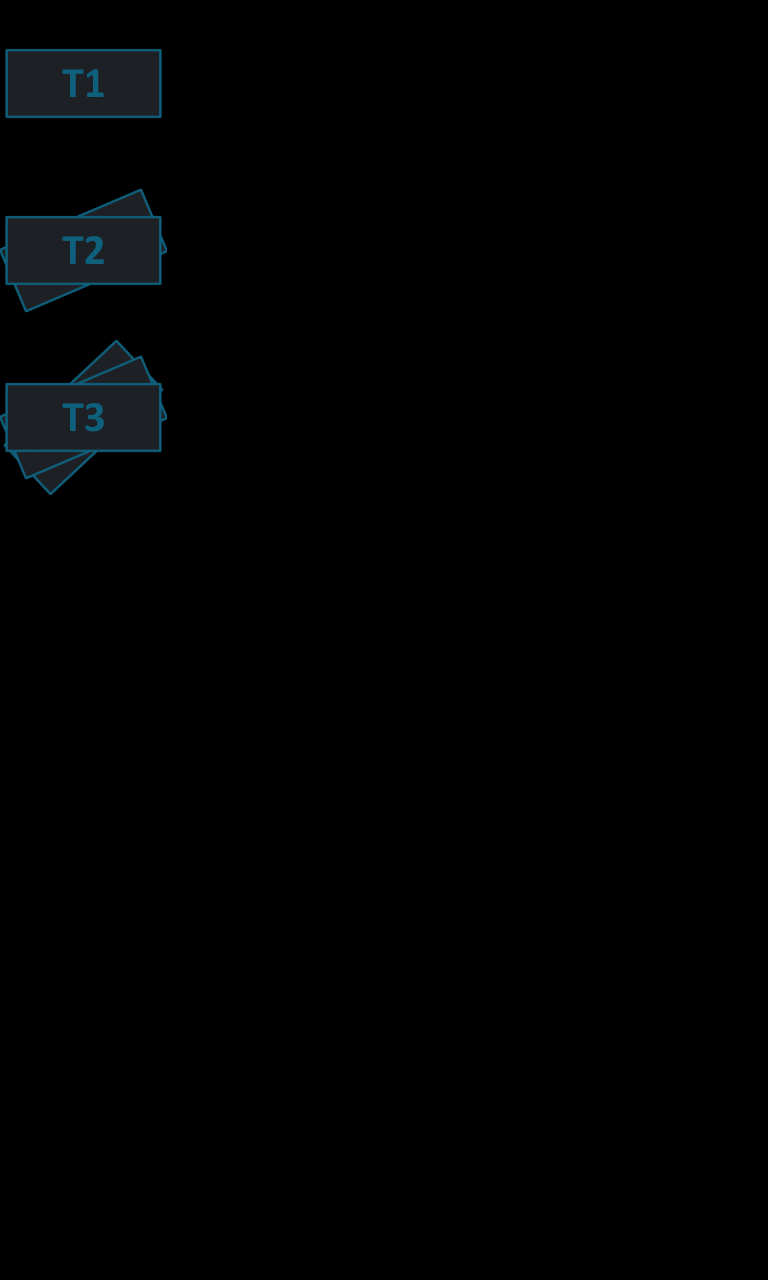
Repository: Nelspike/BusTicketer
Layout: PassengerMode/res/layout/fragment_show_tickets.xml
The author's editor kept a copy of each file at every save. The layout is drawn from the files as they stood at one save, then again after the next save.
It is drawn on a 768 x 1280 px phone screen (xhdpi) without system bars, with theme AppTheme; the app's code is not run.

Above is the layout before, as saved 2013-10-19 19:56:49.

After the next save:
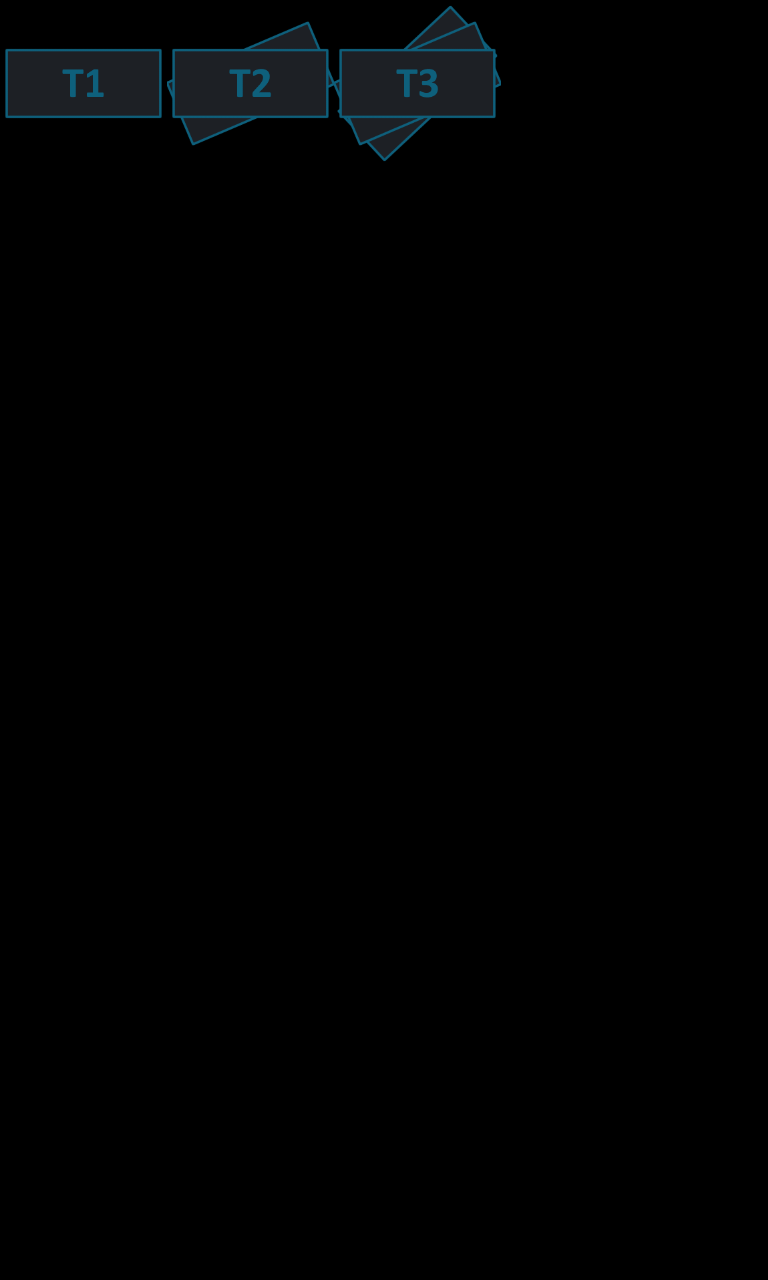
Saved 13 s later.
--- a/PassengerMode/res/layout/fragment_show_tickets.xml
+++ b/PassengerMode/res/layout/fragment_show_tickets.xml
@@ -6,7 +6,8 @@
 
 	<RadioGroup
 	    android:layout_width="match_parent"
-	    android:layout_height="wrap_content">
+	    android:layout_height="wrap_content"
+	    android:orientation="horizontal">
 
 	    <RadioButton
 	        android:button="@drawable/t1"/>
